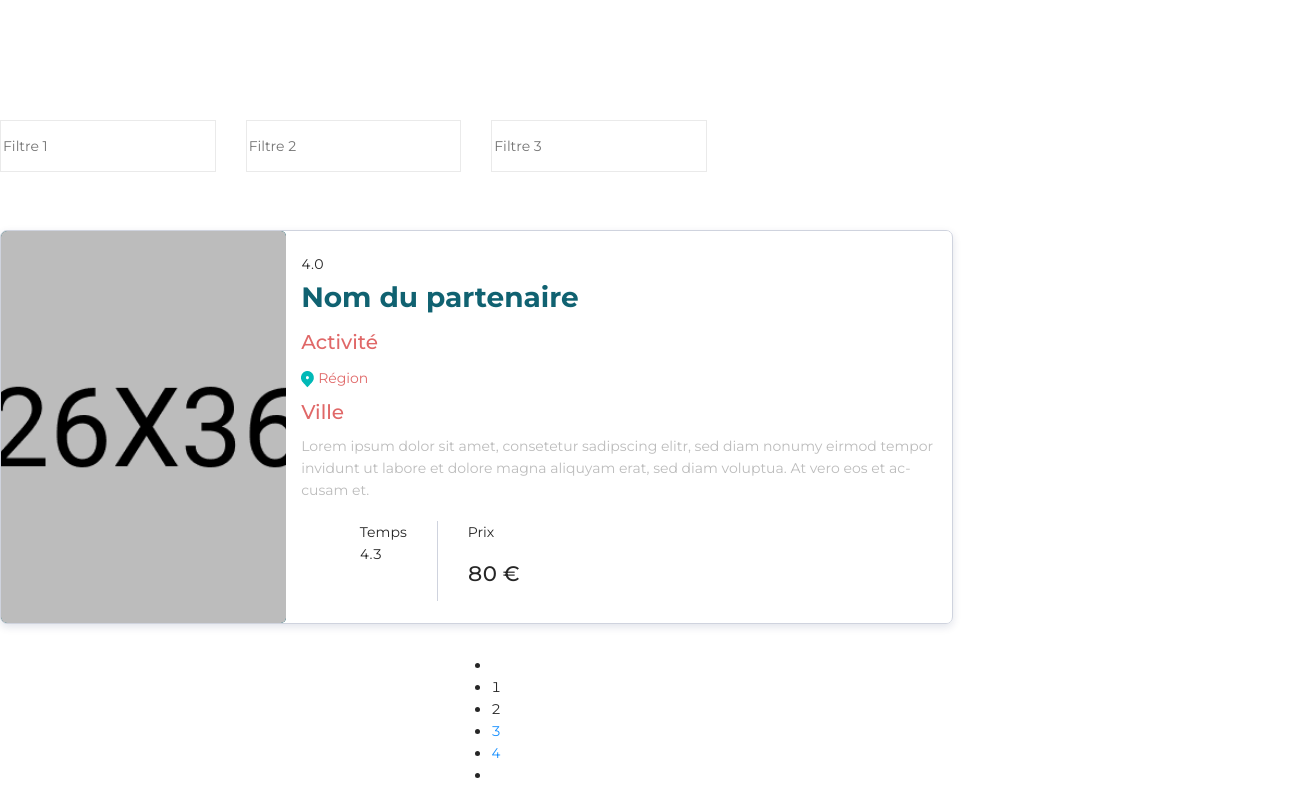
Repository: Emerson1220/projet-neofeel-lacapsule
Page: /roadPlanner (app in reactapp/)
The author's editor kept a copy of each file at every save. The page is drawn from the files as they stood at one save, then again after a run of saves.
The browser window is 1280 px wide. The page is 1295 px wide, so the pictures cover 1295 px, including what lies to the right of the window. The pictures show the whole page.
The project was rebuilt for these pictures with package versions that can differ from the ones it lists, and the page was loaded fresh each time. Also part of the build but not shown: reactapp/src/Nav.js, reactapp/src/ScreenHome.js.

Above is the page before, as saved 2021-05-18 14:14:13.

After the next 3 saves:
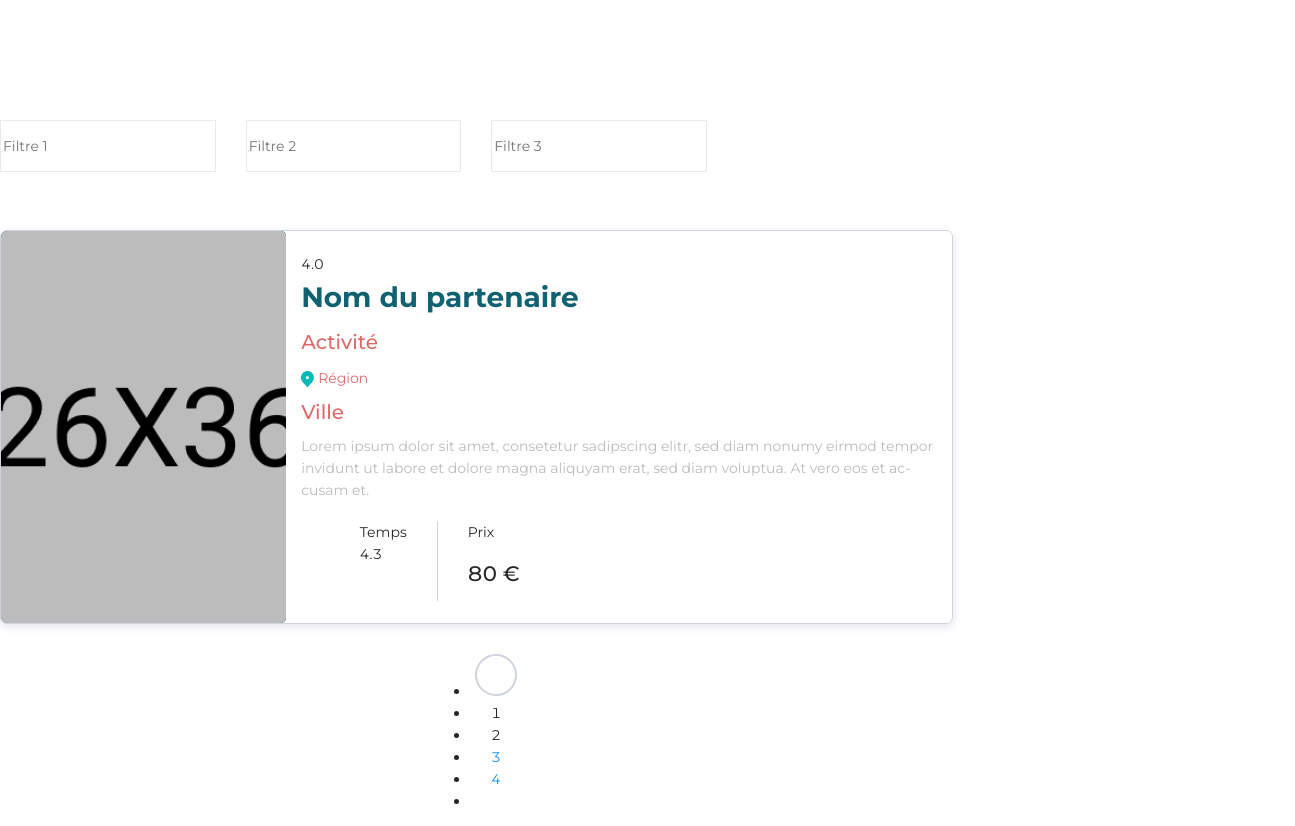
The 3 saves are shown as one change because 1 did not build or start and some came seconds apart.
The last was saved 3 min 38 s later.
--- a/reactapp/src/screens/ScreenRoadPlanner.js
+++ b/reactapp/src/screens/ScreenRoadPlanner.js
@@ -81,7 +81,7 @@ function ScreenRoadPlanner() {
                             <div style={ styles.text_align_center}> {/* Pagination */}
                                 <div style={ styles.pagination, styles.display_inline}>
                                     <ul>
-                                        <li><a className="prev page-numbers" href="#"><i className="la la-long-arrow-left" /></a></li>
+                                        <li><a style={ styles.pagination_ul } href="#"><i className="la la-long-arrow-left" /></a></li>
                                         <li><span className="page-numbers">1</span></li>
                                         <li><span className="page-numbers current">2</span></li>
                                         <li><a className="page-numbers" href="#">3</a></li>
@@ -301,6 +301,19 @@ let styles = {
         marginTop: '1.5rem',
     },
 
+    pagination_ul:{
+        lineHeight: '43px',
+        border: '2px solid #CFD3DE',
+        borderRadius: '50%',
+        textAlign: 'center',
+        display: 'inline-block',
+        color: '#97A1B3',
+        width: '42px',
+        height: '42px',
+        lineHeight: '40px',
+        margin: '0 5px',
+    },
+
 
 
 
